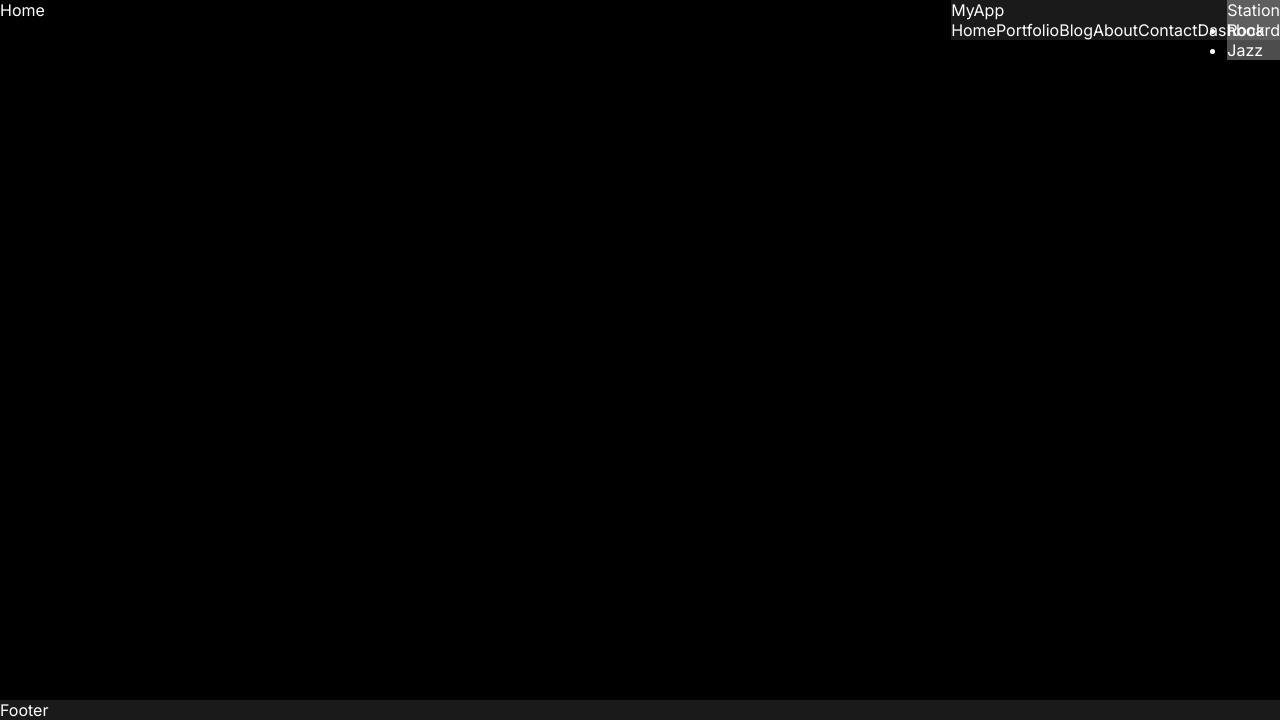
Repository: Iq-Life/musicflow-life
Page: /
These files come from the project's save history. The page is drawn as it stood at one moment and after the next save; the edit follows.
The browser window is 1280 px wide. The pictures show the whole page.
The project was rebuilt for these pictures with package versions that can differ from the ones it lists, and the page was loaded fresh each time. The framework's server and built-in components were replaced by stand-ins that run in the browser. Also part of the build but not shown: next.config.js.

Above is the page before, as saved 2023-09-14 15:30:02.

### src/app/layout.tsx
import './globals.css'
import type { Metadata } from 'next'
import { Inter } from 'next/font/google'
import Navbar from '@/components/navbar/Navbar'
import Footer from '@/components/footer/Footer'
import StationsList from '@/components/station/StationsList'

const inter = Inter({ subsets: ['latin'] })

export const metadata: Metadata = {
  title: 'Create Next App',
  description: 'Generated by create next app',
}

export default function RootLayout({
  children,
}: {
  children: React.ReactNode
}) {
  return (
    <html lang="en">
      <body className={inter.className}>
        <div className='container'>
          <StationsList/>
          <Navbar/>
          {children}
          <Footer/>
        </div>
      </body>
    </html>
  )
}

### src/app/globals.css
* {
  box-sizing: border-box;
  padding: 0;
  margin: 0;
}

html,
body {
  max-width: 100vw;
  overflow-x: hidden;
  background-color: black;
  color: #fff;
}

a {
  text-decoration: none;
  color: inherit;
}

.container {
  width: 100vw;
  height: 100vh;
  position: relative;
}

### src/components/navbar/Navbar.tsx
import Link from 'next/link'
import styles from './Navbar.module.scss'

const links = [
  {
    id:1,
    title: 'Home',
    url: "/",
  },
  {
    id:2,
    title: 'Portfolio',
    url: "/portfolio",
  },
  {
    id:3,
    title: 'Blog',
    url: "/blog",
  },
  {
    id:4,
    title: 'About',
    url: "/about",
  },
  {
    id:5,
    title: 'Contact',
    url: "/contact",
  },
  {
    id:6,
    title: 'Dashboard',
    url: "/dashboard",
  },
]

const Navbar = () => {
  return (
    <nav className={styles.navbar}>
      <Link href='/'>MyApp</Link>
      <div>
        {links.map((link)=> (
          <Link key={link.id} href={link.url}>{link.title}</Link>
        ))}
      </div>
    </nav>
  )
}

export default Navbar

### src/components/footer/Footer.tsx
import styles from './Footer.module.scss'

const Footer = () => {
  return (
    <footer className={styles.footer}>Footer</footer>
  )
}

export default Footer

### src/components/station/StationsList.tsx
import React from 'react'
import styles from './StationsList.module.scss'

const stationsMusic = [
  {
    id:1,
    title: 'Rock'
  },
  {
    id:2,
    title: 'Jazz'
  },
]

const StationsList = () => {
  return (
    <div className={styles.stationsList}>
      <ul>
        Station
        {stationsMusic.map((station) => (
          <li key={station.id}>{station.title}</li>
        ))}
      </ul>
    </div>
  )
}

export default StationsList

### src/components/navbar/Navbar.module.scss
.navbar {
  position: absolute;
  top: 0;
  right: 0;
  background-color: rgba(255,255,255, 0.1);
}

### src/components/footer/Footer.module.scss
.footer {
  position: absolute;
  bottom: 0;
  right: 0;
  left: 0;
  background-color: rgba(255,255,255, 0.1);
}

### src/components/station/StationsList.module.scss
.stationsList {
  position: absolute;
  top: 0;
  right: 0;
  background-color: rgba(255,255,255, 0.3);
}

Loaded but not shown: src/app/page.tsx (common file)

After the next save:
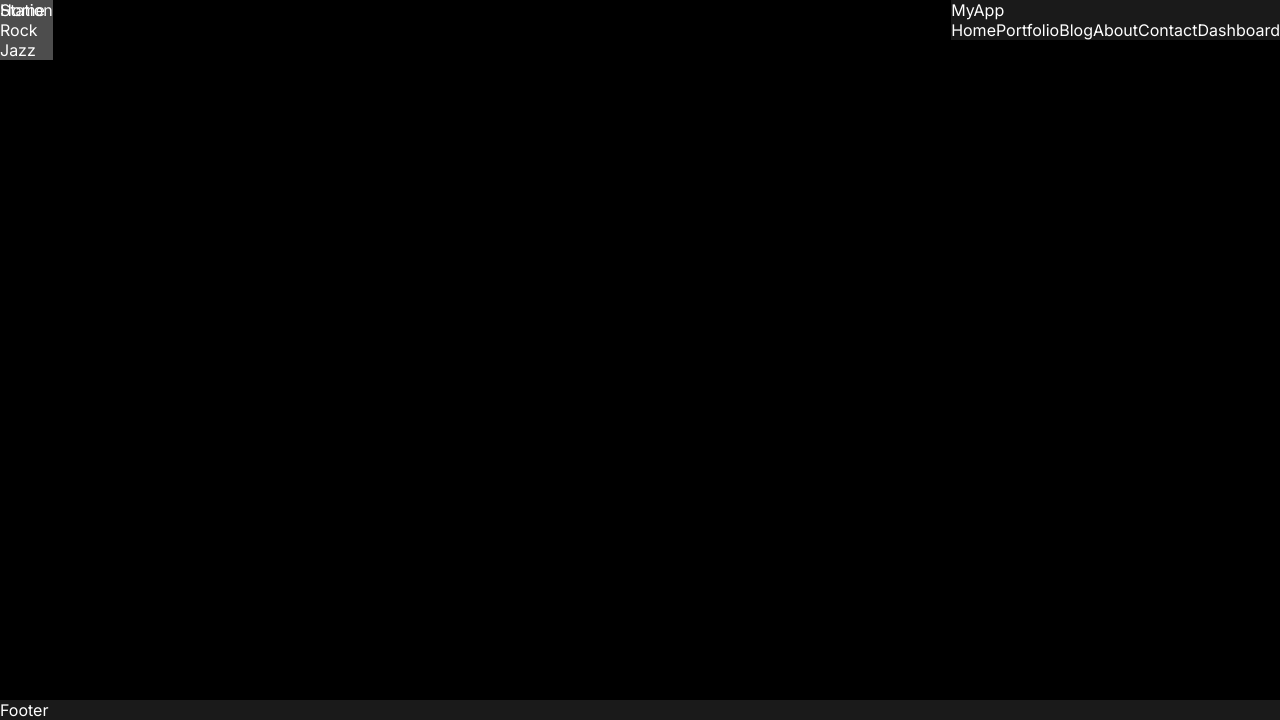
Saved 7 s later.
--- a/src/components/station/StationsList.module.scss
+++ b/src/components/station/StationsList.module.scss
@@ -1,6 +1,6 @@
 .stationsList {
   position: absolute;
   top: 0;
-  right: 0;
+  left: 0;
   background-color: rgba(255,255,255, 0.3);
 }
